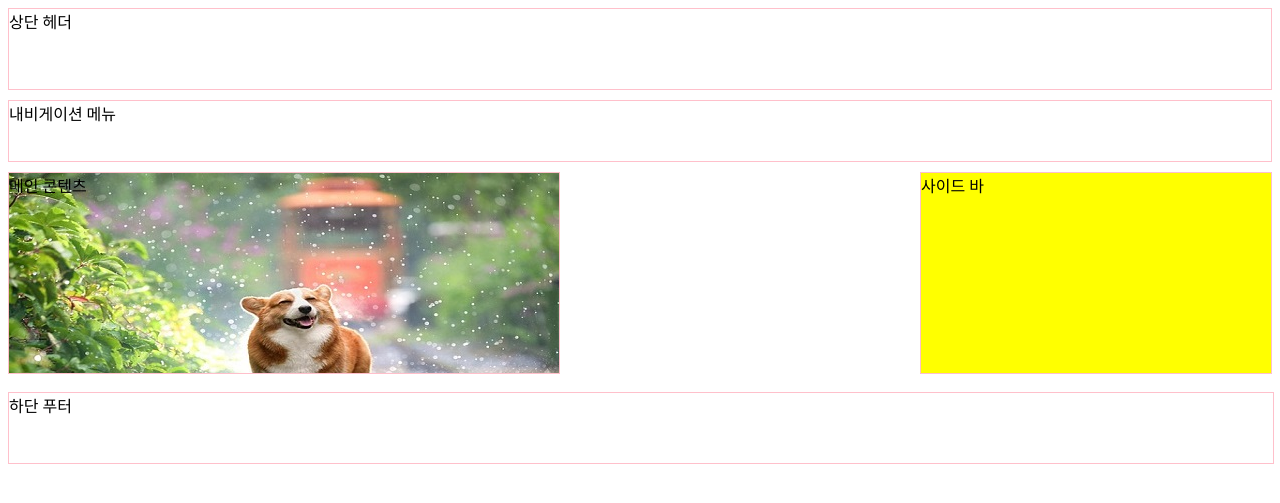
Repository: woosungtae/html_css
Page: pro01/public/woosungtae_1.html
The author's editor kept a copy of each file at every save. The page is drawn from the files as they stood at one save, then again after a run of saves.
The browser window is 1280 px wide. The pictures show the whole page.

Above is the page before, as saved 2022-12-14 05:52:39.

### pro01/public/woosungtae_1.html
<!DOCTYPE html>
<html lang="ko">
<head>
    <meta charset="UTF-8">
    <title>1번 시험</title>
    <style>
    *{
      padding:1;
      margin:1;
    }
    header{
     border : 1px solid pink;
     height: 80px;
     margin-bottom: 10px;
        }
    nav {
     border : 1px solid pink;
     height: 60px;
     margin-bottom: 10px;
        }
    section{
     border: 1px solid pink;
     height: 200px;
     width: 550px;
     float: left;
     margin-right: 20px;
     margin-bottom: 10px;
     background: url(images/dog.jpg) no-repeat;
             }

     aside{
     border: 1px solid pink;
     height: 200px;
     width: 350px;
     float: right;
     background-color: yellow;
            }
     footer{
      clear: both;
      border: 1px solid pink;
      height: 70px;
      width: 100%;
      margin-top: 230px;
        }
    </style>
</head>
<body>
    <header>
        <div>상단 헤더</div>
    </header>
    <nav>
        <div>내비게이션 메뉴</div>
    </nav>
        <section>
            <div>메인 콘텐츠</div>
        </section>
        <aside>
            <div>사이드 바</div>
        </aside>
        <footer>
            <div>하단 푸터</div>
        </footer>
</body>
</html>

After the next 2 saves:
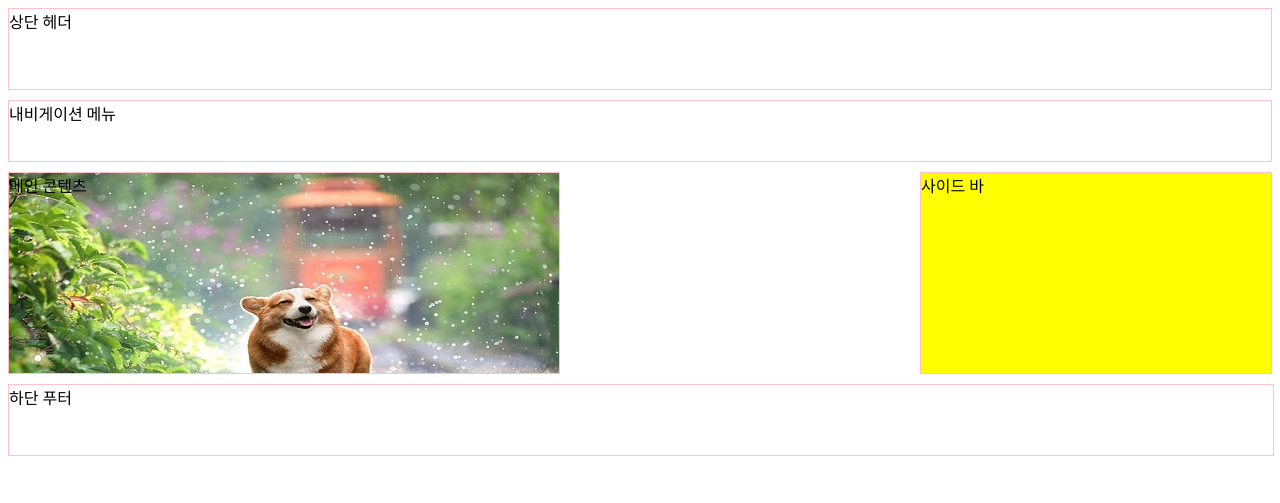
The 2 saves are shown as one change because they came seconds apart.
The last was saved 11 s later.
--- a/pro01/public/woosungtae_1.html
+++ b/pro01/public/woosungtae_1.html
@@ -40,7 +40,7 @@
       border: 1px solid pink;
       height: 70px;
       width: 100%;
-      margin-top: 230px;
+      margin-top: 200px;
         }
     </style>
 </head>
